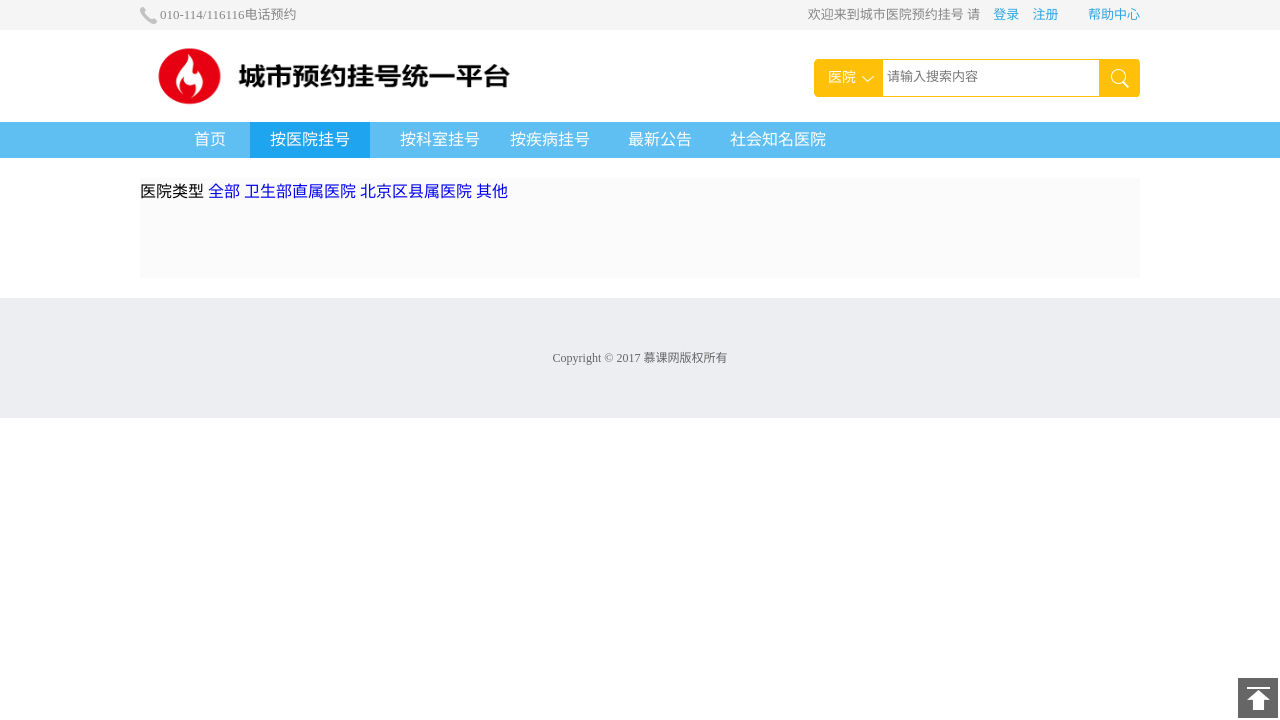
Repository: ScarApocalypse/study
Page: 挂号平台/hosptial.html
The author's editor kept a copy of each file at every save. The page is drawn from the files as they stood at one save, then again after the next save.
The browser window is 1280 px wide. The pictures show the whole page.

Above is the page before, as saved 2019-01-21 15:34:33.

After the next save:
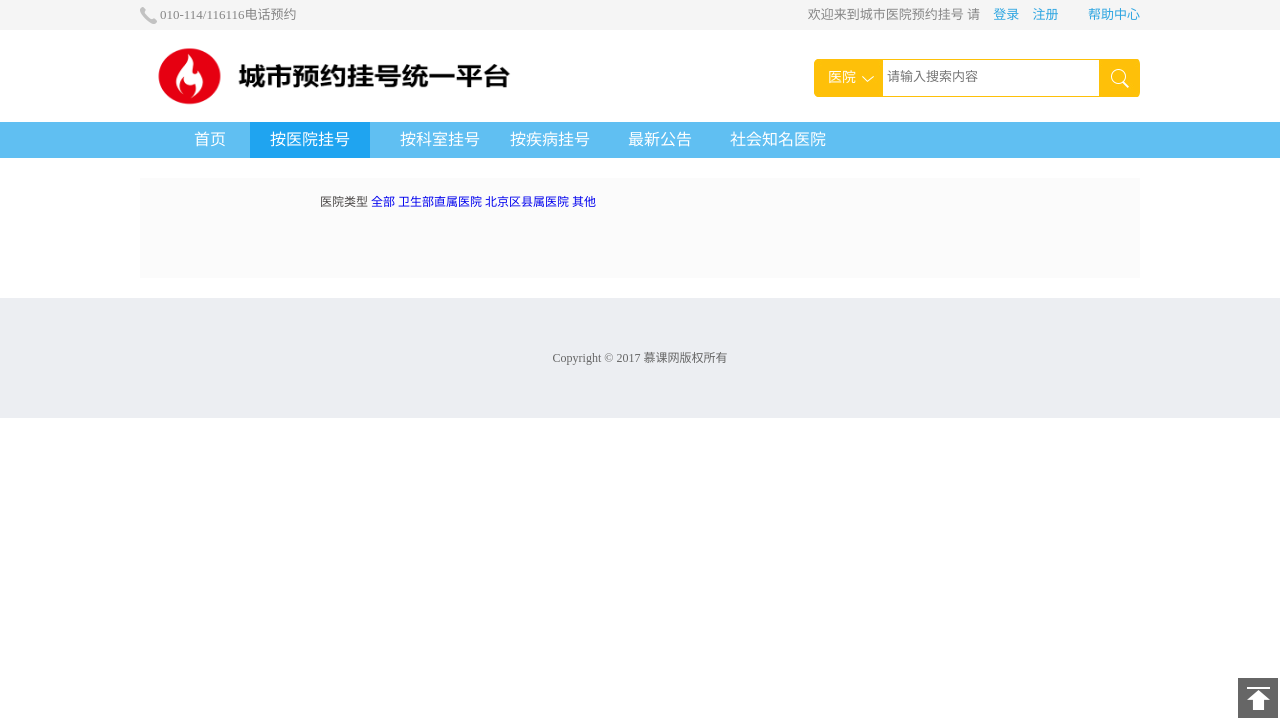
Saved 2 min 52 s later.
--- a/挂号平台/css/hosptial.css
+++ b/挂号平台/css/hosptial.css
@@ -3,3 +3,11 @@
     background-color: #fbfbfb;
     margin:20px auto;
 }
+.filter .group{
+    padding:15px 60px 15px 180px;
+    color:#4c4948;
+    font-size:12px;
+    line-height: 18px;
+    min-height:30px;
+    position:absolute;
+}
